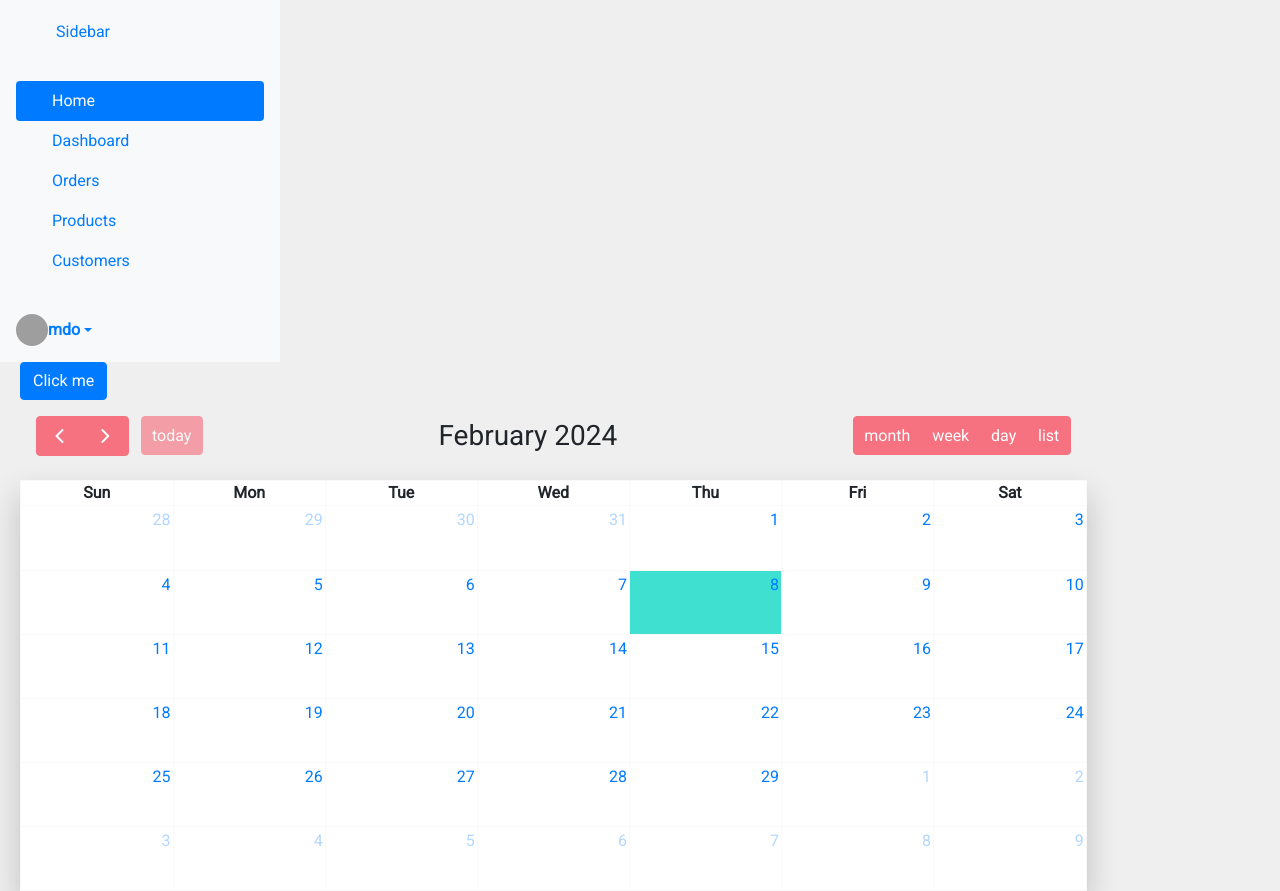
Repository: marios-petrov/NuPath
Page: softwareengineering1/calendarapp/templates/dataTest.html
The author's editor kept a copy of each file at every save. The page is drawn from the files as they stood at one save, then again after the next save.
The browser window is 1280 px wide. The pictures show the whole page.
Pictures or frames that could not be fetched are drawn as grey boxes. The template is drawn by Django 5.2. The application's start-up code is not run. Other server files are loaded and not shown. The template is opened directly, without the code that normally fills it, so the values that code supplies are empty.

Above is the page before, as saved 2024-02-21 19:40:37.

### softwareengineering1/calendarapp/templates/dataTest.html
<!--initial calendar js, css, and bootstrap from https://colorlib.com/wp/template/calendar-20/-->
<!--https://colorlib.com/wp/bootstrap-calendars/ last visited: 2/19/2024-->

{% extends "base.html" %}

{% block content %}
{%load static %}

<div id='calendar-container' class='col-10 px-0'>
<div class="col-2 mx-0 px-0">
    <button class="btn btn-primary">Click me</button>
</div>

    <div id='calendar'></div>
</div>

<script src="{% static 'js/jquery-3.3.1.min.js' %}"></script>
<script src="{% static 'js/popper.min.js' %}"></script>
<script src="{% static 'js/bootstrap.min.js' %}"></script>

<!-- Include your static JavaScript files -->
<script src="{% static 'fullcalendar/packages/core/main.js' %}"></script>
<script src="{% static 'fullcalendar/packages/interaction/main.js' %}"></script>
<script src="{% static 'fullcalendar/packages/daygrid/main.js' %}"></script>
<script src="{% static 'fullcalendar/packages/timegrid/main.js' %}"></script>
<script src="{% static 'fullcalendar/packages/list/main.js' %}"></script>

<script>
    document.addEventListener('DOMContentLoaded', function () {
        var calendarEl = document.getElementById('calendar');

        var calendar = new FullCalendar.Calendar(calendarEl, {
            plugins: ['interaction', 'dayGrid', 'timeGrid', 'list'],
            height: 'parent',
            header: {
                left: 'prev,next today',
                center: 'title',
                right: 'dayGridMonth,timeGridWeek,timeGridDay,listWeek'
            },
            defaultView: 'dayGridMonth',
            defaultDate: '2024-02-01',
            navLinks: true, // can click day/week names to navigate views
            editable: true,
            eventLimit: true, // allow "more" link when too many events
            events: [
            {% for e in events %}
                {
                    title: '{{e.title}}',
                    start: '{{e.startTime|date:"c"}}',
                    end: '{{e.endTime|date:"c"}}',
                },
            {% endfor %}
            ]
        });

        calendar.render();
    });
</script>

{% endblock %}

### softwareengineering1/softwareengineering1/templates/base.html
<!doctype html>
<html lang="en">

  <head>
    <!-- Required meta tags -->
    <meta charset="utf-8">
    <meta name="viewport" content="width=device-width, initial-scale=1">
    <link href="https://fonts.googleapis.com/css?family=Roboto:300,400&display=swap" rel="stylesheet">
    <link href="https://fonts.googleapis.com/css?family=Poppins:300,400,500&display=swap" rel="stylesheet">

    <!-- Include your static CSS files -->
    {% load static %}
    <link rel="stylesheet" href="{% static 'fonts/icomoon/style.css' %}">
    <link href="{% static 'fullcalendar/packages/core/main.css' %}" rel="stylesheet">
    <link href="{% static 'fullcalendar/packages/daygrid/main.css' %}" rel="stylesheet">

    <!-- Bootstrap CSS -->
    <link rel="stylesheet" href="{% static 'css/bootstrap.min.css' %}">

    <!-- Style -->
    <link rel="stylesheet" href="{% static 'css/style.css' %}">

    <title>Novo Ninja</title>
  </head>
<body>
  <div class='container min-vw-100 justify-content'>
    <div class='row'>
  {% include 'navbar.html' %}

  {% block content %}

  {% endblock %}
</div>
</div>
</body>
</html>

### softwareengineering1/navbar/templates/navbar.html
<div class="d-flex flex-column flex-shrink-0 p-3 bg-light" style="width: 280px;">
    <a href="/" class="d-flex align-items-center mb-3 mb-md-0 me-md-auto link-dark text-decoration-none">
      <svg class="bi me-2" width="40" height="32"><use xlink:href="#bootstrap"></use></svg>
      <span class="fs-4">Sidebar</span>
    </a>
    <hr>
    <ul class="nav nav-pills flex-column mb-auto">
      <li class="nav-item">
        <a href="#" class="nav-link active" aria-current="page">
          <svg class="bi me-2" width="16" height="16"><use xlink:href="#home"></use></svg>
          Home
        </a>
      </li>
      <li>
        <a href="#" class="nav-link link-dark">
          <svg class="bi me-2" width="16" height="16"><use xlink:href="#speedometer2"></use></svg>
          Dashboard
        </a>
      </li>
      <li>
        <a href="#" class="nav-link link-dark">
          <svg class="bi me-2" width="16" height="16"><use xlink:href="#table"></use></svg>
          Orders
        </a>
      </li>
      <li>
        <a href="#" class="nav-link link-dark">
          <svg class="bi me-2" width="16" height="16"><use xlink:href="#grid"></use></svg>
          Products
        </a>
      </li>
      <li>
        <a href="#" class="nav-link link-dark">
          <svg class="bi me-2" width="16" height="16"><use xlink:href="#people-circle"></use></svg>
          Customers
        </a>
      </li>
    </ul>
    <hr>
    <div class="dropdown">
      <a href="#" class="d-flex align-items-center link-dark text-decoration-none dropdown-toggle" id="dropdownUser2" data-bs-toggle="dropdown" aria-expanded="false">
        <img src="https://github.com/mdo.png" alt="" width="32" height="32" class="rounded-circle me-2">
        <strong>mdo</strong>
      </a>
      <ul class="dropdown-menu text-small shadow" aria-labelledby="dropdownUser2">
        <li><a class="dropdown-item" href="#">New project...</a></li>
        <li><a class="dropdown-item" href="#">Settings</a></li>
        <li><a class="dropdown-item" href="#">Profile</a></li>
        <li><hr class="dropdown-divider"></li>
        <li><a class="dropdown-item" href="#">Sign out</a></li>
      </ul>
    </div>
  </div>

### softwareengineering1/softwareengineering1/static/fullcalendar/packages/daygrid/main.css
/* DayGridView
--------------------------------------------------------------------------------------------------*/
/* day row structure */
.fc-dayGridWeek-view .fc-content-skeleton,
.fc-dayGridDay-view .fc-content-skeleton {
  /* there may be week numbers in these views, so no padding-top */
  padding-bottom: 1em;
  /* ensure a space at bottom of cell for user selecting/clicking */
}

.fc-dayGrid-view .fc-body .fc-row {
  min-height: 4em;
  /* ensure that all rows are at least this tall */
}

/* a "rigid" row will take up a constant amount of height because content-skeleton is absolute */
.fc-row.fc-rigid {
  overflow: hidden;
}

.fc-row.fc-rigid .fc-content-skeleton {
  position: absolute;
  top: 0;
  left: 0;
  right: 0;
}

/* week and day number styling */
.fc-day-top.fc-other-month {
  opacity: 0.3;
}

.fc-dayGrid-view .fc-week-number,
.fc-dayGrid-view .fc-day-number {
  padding: 2px;
}

.fc-dayGrid-view th.fc-week-number,
.fc-dayGrid-view th.fc-day-number {
  padding: 0 2px;
  /* column headers can't have as much v space */
}

.fc-ltr .fc-dayGrid-view .fc-day-top .fc-day-number {
  float: right;
}

.fc-rtl .fc-dayGrid-view .fc-day-top .fc-day-number {
  float: left;
}

.fc-ltr .fc-dayGrid-view .fc-day-top .fc-week-number {
  float: left;
  border-radius: 0 0 3px 0;
}

.fc-rtl .fc-dayGrid-view .fc-day-top .fc-week-number {
  float: right;
  border-radius: 0 0 0 3px;
}

.fc-dayGrid-view .fc-day-top .fc-week-number {
  min-width: 1.5em;
  text-align: center;
  background-color: #f2f2f2;
  color: #808080;
}

/* when week/day number have own column */
.fc-dayGrid-view td.fc-week-number {
  text-align: center;
}

.fc-dayGrid-view td.fc-week-number > * {
  /* work around the way we do column resizing and ensure a minimum width */
  display: inline-block;
  min-width: 1.25em;
}

### softwareengineering1/softwareengineering1/static/css/style.css
body {
  font-family: "Roboto", -apple-system, BlinkMacSystemFont, "Segoe UI", Roboto, "Helvetica Neue", Arial, "Noto Sans", sans-serif, "Apple Color Emoji", "Segoe UI Emoji", "Segoe UI Symbol", "Noto Color Emoji";
  background-color: #efefef; }

p {
  color: #b3b3b3;
  font-weight: 300; }

h1, h2, h3, h4, h5, h6,
.h1, .h2, .h3, .h4, .h5, .h6 {
  font-family: "Roboto", -apple-system, BlinkMacSystemFont, "Segoe UI", Roboto, "Helvetica Neue", Arial, "Noto Sans", sans-serif, "Apple Color Emoji", "Segoe UI Emoji", "Segoe UI Symbol", "Noto Color Emoji"; }

a {
  -webkit-transition: .3s all ease;
  -o-transition: .3s all ease;
  transition: .3s all ease; }
  a, a:hover {
    text-decoration: none !important; }

.content {
  padding: 7rem 0; }

h2 {
  font-size: 20px; }

.form-control:active, .form-control:focus {
  outline: none;
  -webkit-box-shadow: none;
  box-shadow: none; }

#calendar {
  margin: 0 auto; }
  #calendar .fc-view-container {
    background-color: #fff;
    -webkit-box-shadow: 0 15px 30px 0 rgba(0, 0, 0, 0.2);
    box-shadow: 0 15px 30px 0 rgba(0, 0, 0, 0.2); }
  #calendar .fc-toolbar.fc-header-toolbar .fc-center {
    display: block; }

#calendar-container {
  top: 0;
  left: 20px;
  right: 20px;
  bottom: 20px; }

.fc-header-toolbar {
  /*
    the calendar will be butting up against the edges,
    but let's scoot in the header's buttons
    */
  padding-top: 1em;
  padding-left: 1em;
  padding-right: 1em; }

@media (max-width: 767.98px) {
  .fc-toolbar {
    display: block !important;
    text-align: center; }
    .fc-toolbar .fc-center {
      display: block;
      margin-top: 20px;
      margin-bottom: 20px; } }

Loaded but not shown: softwareengineering1/softwareengineering1/static/fonts/icomoon/style.css (common file); softwareengineering1/softwareengineering1/static/css/bootstrap.min.css (library); softwareengineering1/softwareengineering1/static/js/jquery-3.3.1.min.js (library); softwareengineering1/softwareengineering1/static/js/popper.min.js (library); softwareengineering1/softwareengineering1/static/js/bootstrap.min.js (library); softwareengineering1/softwareengineering1/static/fullcalendar/packages/core/main.js (library); softwareengineering1/softwareengineering1/static/fullcalendar/packages/interaction/main.js (2143 lines, source omitted); softwareengineering1/softwareengineering1/static/fullcalendar/packages/daygrid/main.js (1641 lines, source omitted); softwareengineering1/softwareengineering1/static/fullcalendar/packages/timegrid/main.js (1357 lines, source omitted); softwareengineering1/softwareengineering1/static/fullcalendar/packages/list/main.js (343 lines, source omitted); softwareengineering1/softwareengineering1/static/fullcalendar/packages/core/main.css (1058 lines, source omitted)

After the next save:
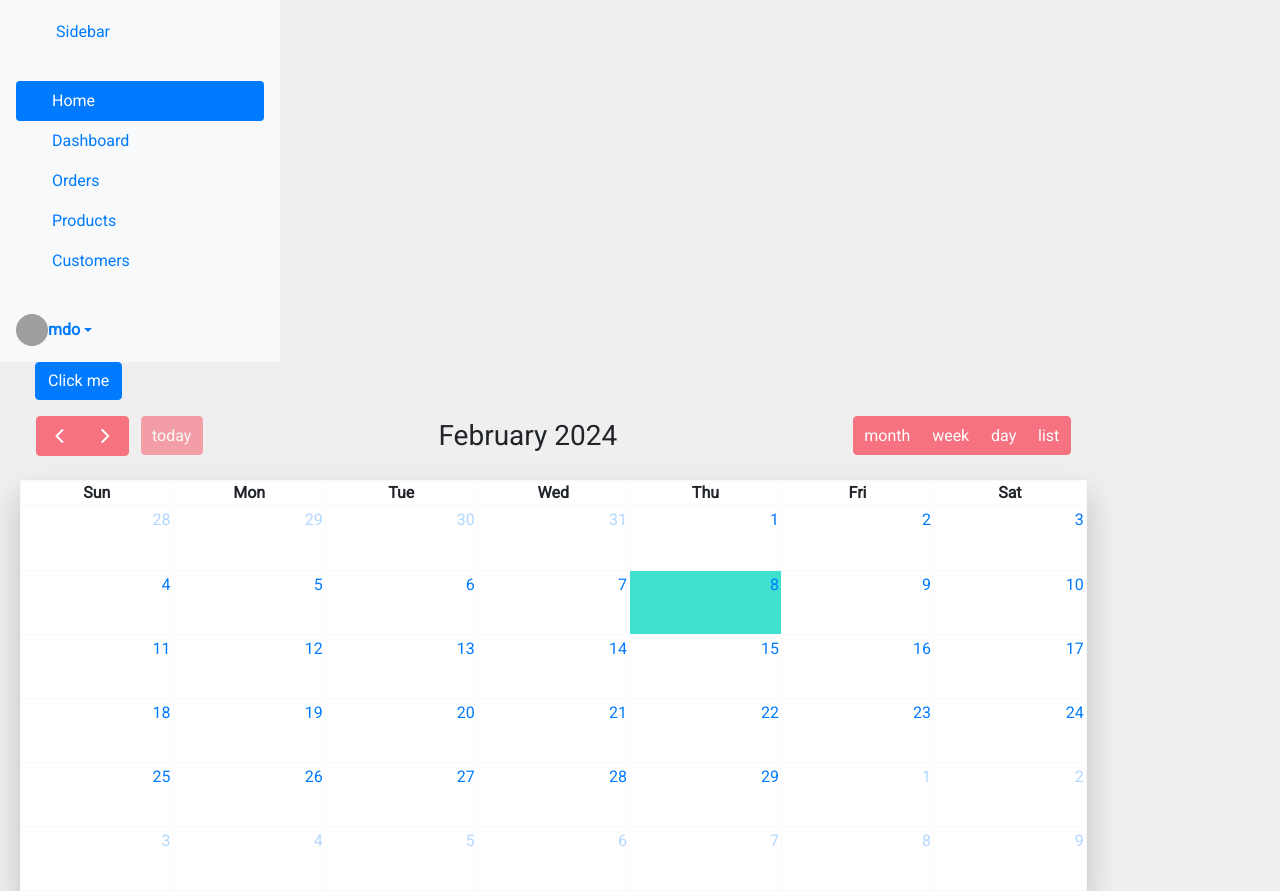
Saved 5 s later.
--- a/softwareengineering1/calendarapp/templates/dataTest.html
+++ b/softwareengineering1/calendarapp/templates/dataTest.html
@@ -7,7 +7,7 @@
 {%load static %}
 
 <div id='calendar-container' class='col-10 px-0'>
-<div class="col-2 mx-0 px-0">
+<div class="col-2">
     <button class="btn btn-primary">Click me</button>
 </div>
 
